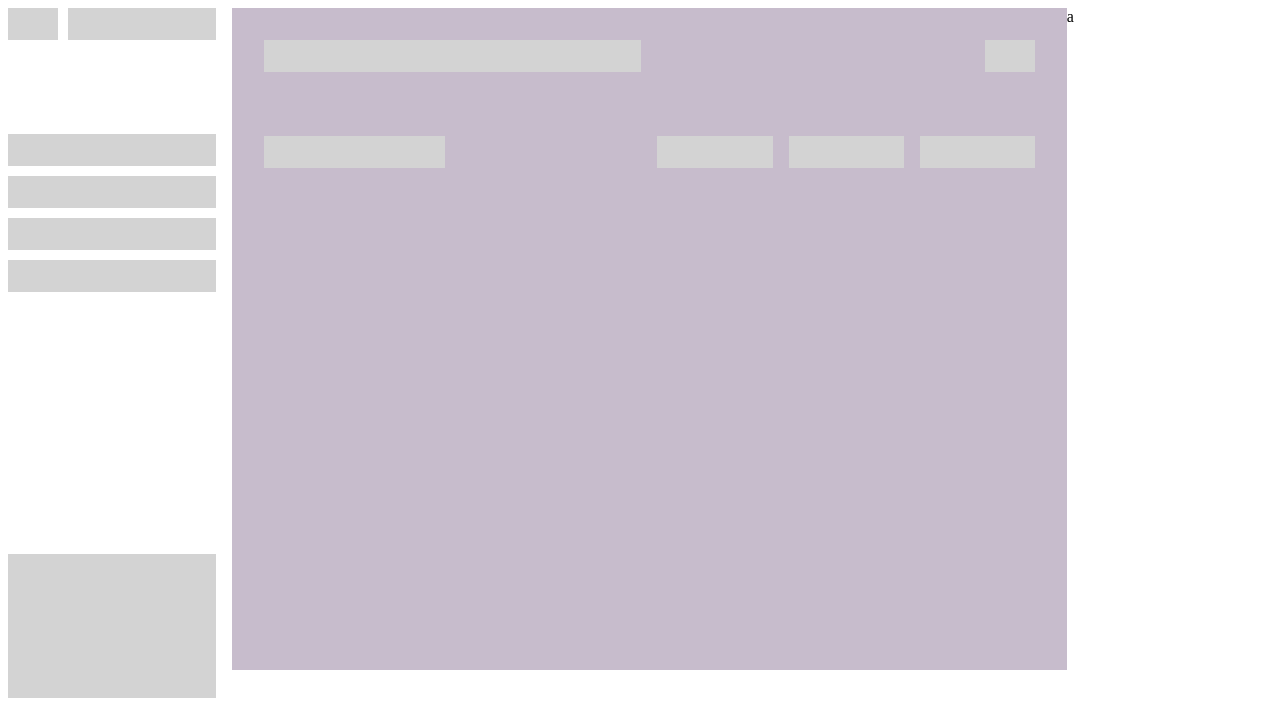
Repository: tr2cky/exercise2
Page: index.html
These files come from the project's save history. The page is drawn as it stood at one moment and after the next save; the edit follows.
The browser window is 1280 px wide. The pictures show the whole page.

Above is the page before, as saved 2022-10-01 12:03:10.

### index.html
<!DOCTYPE html>
<html lang="en">

<head>
    <meta charset="UTF-8">
    <meta http-equiv="X-UA-Compatible" content="IE=edge">
    <meta name="viewport" content="width=device-width, initial-scale=1.0">
    <link rel="stylesheet" href="style.css">
    <title>Document</title>
</head>

<body>
    <div class="container">
        <div class="side1">
        <div id="box1"></div>
        <div id="box2"></div>
        <div id="box3"></div>
        <div id="box4"></div>
        <div id="box5"></div>
        <div id="box6"></div>
        <div id="box7"></div>
        <div id="box8"></div>
        </div>
        <main>
            <div id="boxa"></div>
            <div id="boxb"></div>
            <div id="boxc"></div>
            <div id="boxd"></div>
            <div id="boxe"></div>
            <div id="boxf"></div>
        </main>
        <div class="side2">
            a
        </div>
    </div>
</body>

</html>

### style.css
.container {
    display: flex;
    flex-direction: row;
    height: 92vh;
}

main {
    flex-grow: 3;
    background-color: rgb(199, 188, 204);
    display: grid;
    grid-template-columns: repeat(12, 1fr);
    grid-auto-rows: 2em;
    grid-gap: 1em;
    padding: 2em;
}

.side1 {
    flex-grow: 1;
    display: grid;
    grid-template-columns: 1fr 3fr;
    grid-auto-rows: 2em;
    grid-gap: 10px;
    margin-right: 1em;
}

.side2 {
    flex-grow: 1;
}

.side1 div,
main div,
.side2 div {
    background-color: lightgray;
}

#box3 {
    grid-column: 1/3;
    grid-row: 8;
    justify-self: start;
}

#box4 {
    grid-column: 1/3;
    grid-row: 4;
}

#box5 {
    grid-column: 1/3;
    grid-row: 5;
}

#box6 {
    grid-column: 1/3;
    grid-row: 6;
}

#box7 {
    grid-column: 1/3;
    grid-row: 7;
}

#box8 {
    grid-column: 1/3;
    grid-row: 14;
    height: 9em;
}

#boxa {
    grid-column: 1/7;
}

#boxb {
    grid-column: 12;
}

#boxc {
    grid-column: 1/4;
    grid-row: 3;
}
#boxd {
    grid-column: 7/9;
    grid-row: 3;
}
#boxe {
    grid-column: 9/11;
    grid-row: 3;
}
#boxf {
    grid-column: 11/13;
    grid-row: 3;
}

After the next save:
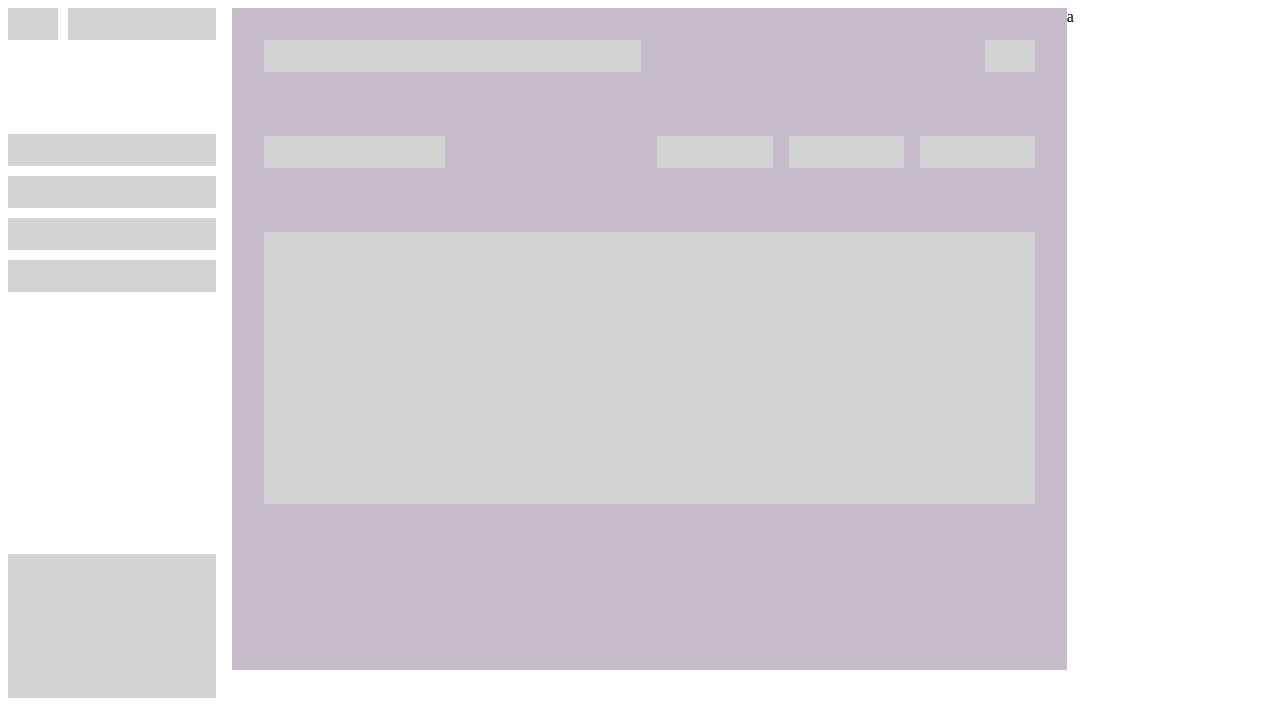
Saved 107 s later.
--- a/index.html
+++ b/index.html
@@ -28,6 +28,8 @@
             <div id="boxd"></div>
             <div id="boxe"></div>
             <div id="boxf"></div>
+            <div id="boxg"></div>
+
         </main>
         <div class="side2">
             a
--- a/style.css
+++ b/style.css
@@ -89,3 +89,8 @@ main div,
     grid-column: 11/13;
     grid-row: 3;
 }
+#boxg {
+    grid-row: 5/11;
+    grid-column: 1/13
+
+}
